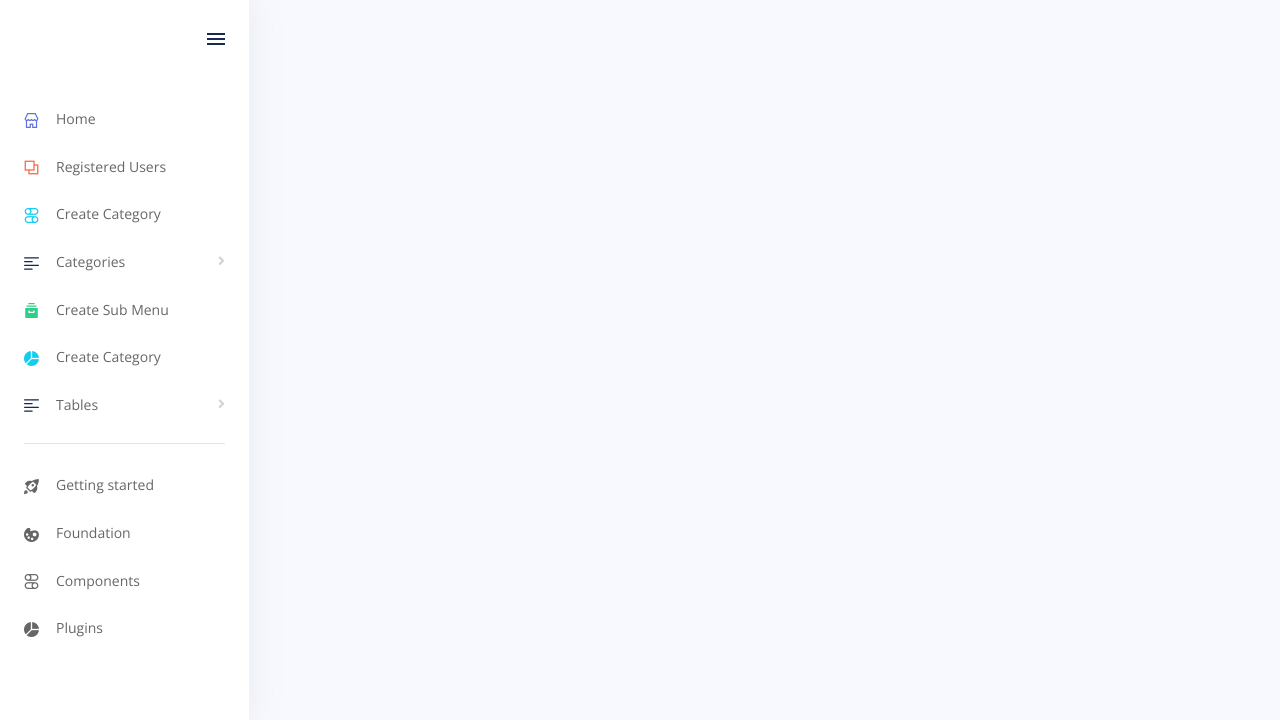
Repository: shivaylamba/caadvotescs
Page: resources/views/admin/layouts/header.blade.php
The author's editor kept a copy of each file at every save. The page is drawn from the files as they stood at one save, then again after the next save.
The browser window is 1280 px wide. The pictures show the whole page.
The page is served by the project's Laravel application, run on PHP 8.4 with Laravel 8. The template is opened directly, without the code that normally fills it, so the values that code supplies are empty.

Above is the page before, as saved 2020-01-10 01:41:55.

After the next save:
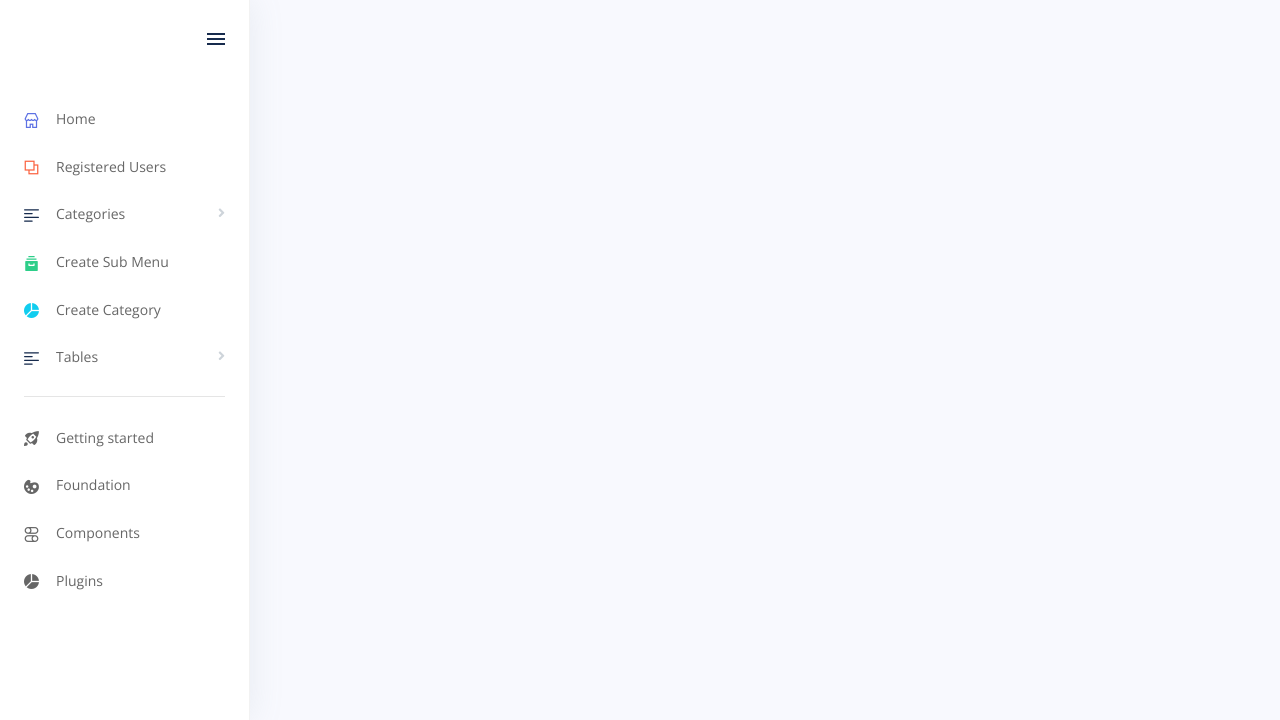
Saved 14 s later.
--- a/resources/views/admin/layouts/header.blade.php
+++ b/resources/views/admin/layouts/header.blade.php
@@ -75,12 +75,6 @@
               <a class="nav-link {{'users' == request()->path() ? 'active' : ''}}" href="/users" role="button" aria-expanded="false" aria-controls="navbar-examples">
                 <i class="ni ni-ungroup text-orange"></i>
                 <span class="nav-link-text">Registered Users</span>
-              </a>
-            </li>
-            <li class="nav-item">
-              <a class="nav-link {{'create-category' == request()->path() ? 'active' : ''}}" href="/create-category"  role="button" aria-expanded="false" aria-controls="navbar-components">
-                <i class="ni ni-ui-04 text-info"></i>
-                <span class="nav-link-text">Create Category</span>
               </a>
             </li>
             <li class="nav-item">
